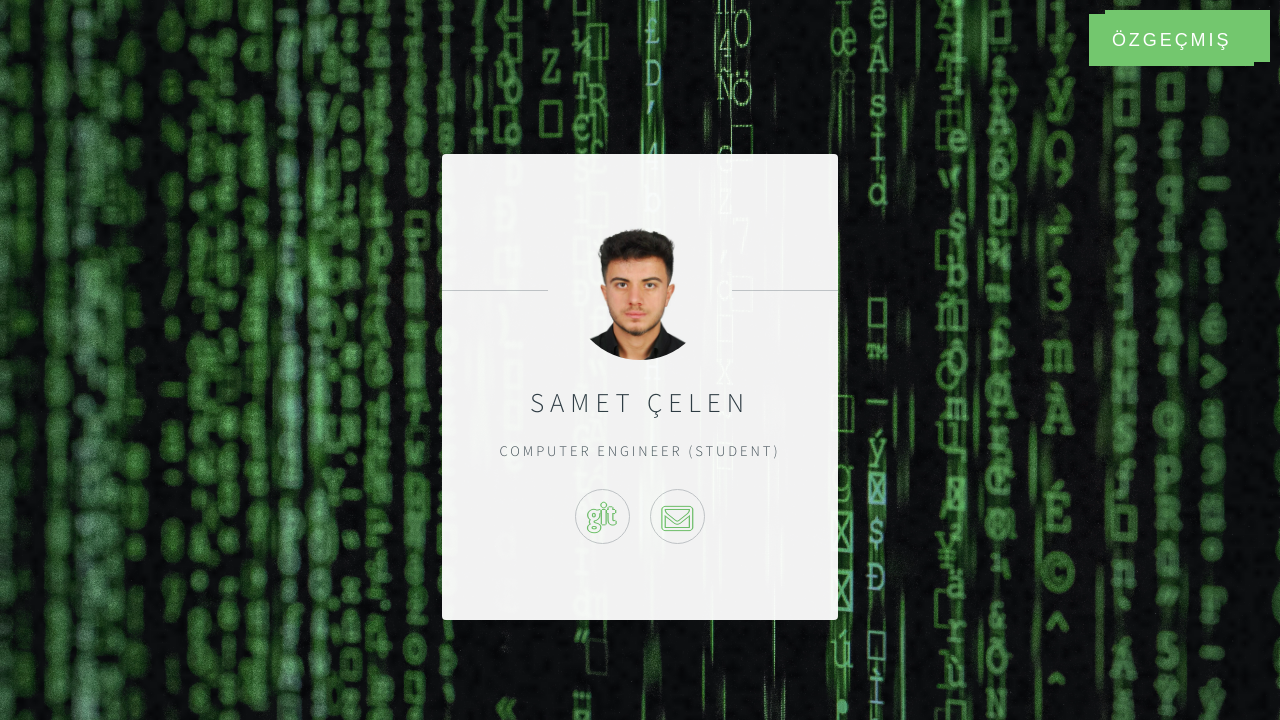
Repository: Sametcelen/sametcelen.github.io
Page: index.html
The author's editor kept a copy of each file at every save. The page is drawn from the files as they stood at one save, then again after the next save.
The browser window is 1280 px wide. The pictures show the whole page.

Above is the page before, as saved 2024-10-31 21:01:09.

After the next save:
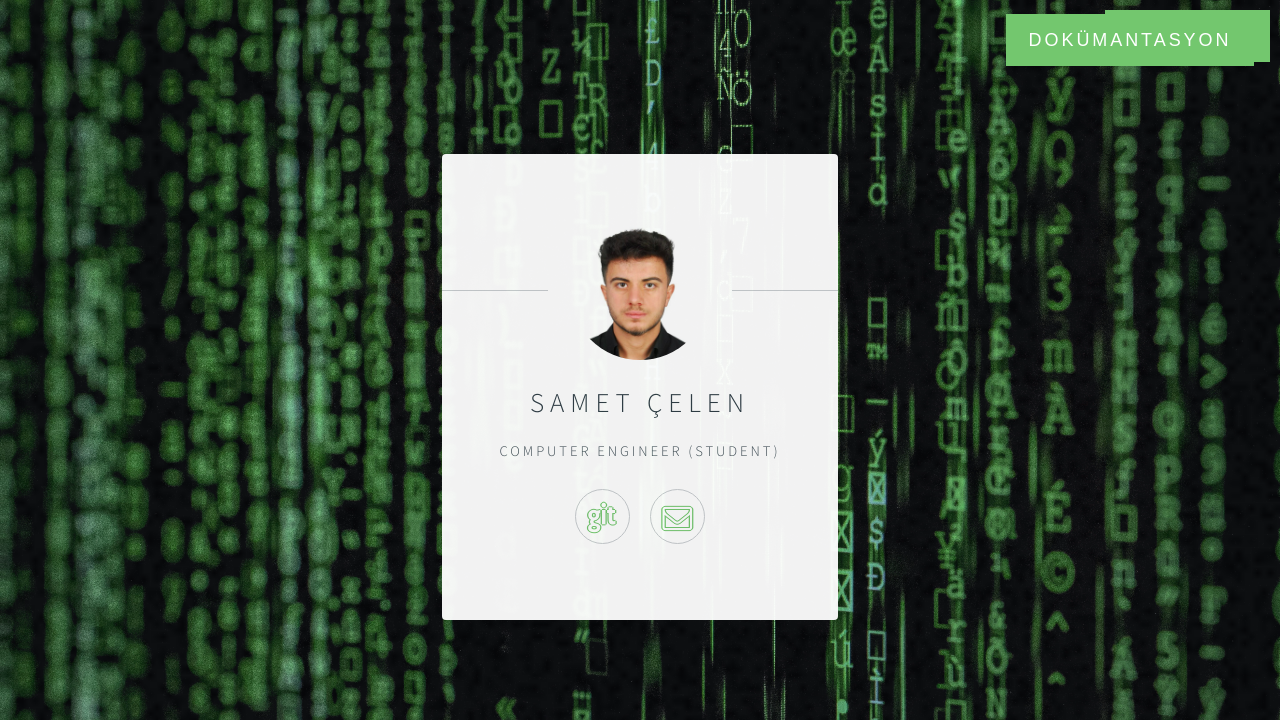
Saved 64 s later.
--- a/index.html
+++ b/index.html
@@ -30,7 +30,7 @@
 	<!-- Wrapper -->
 	<div id="wrapper">
 		<p><a href="/CV.pdf" class="buton" id="butblog">Özgeçmiş</a></p>
-		<p><a href="/CV.pdf" class="buton" id="butblog2">Özgeçmiş</a></p>
+		<p><a href="/CV.pdf" class="buton" id="butblog2">Dokümantasyon</a></p>
 
 		<!-- Main -->
 		<section id="main">
